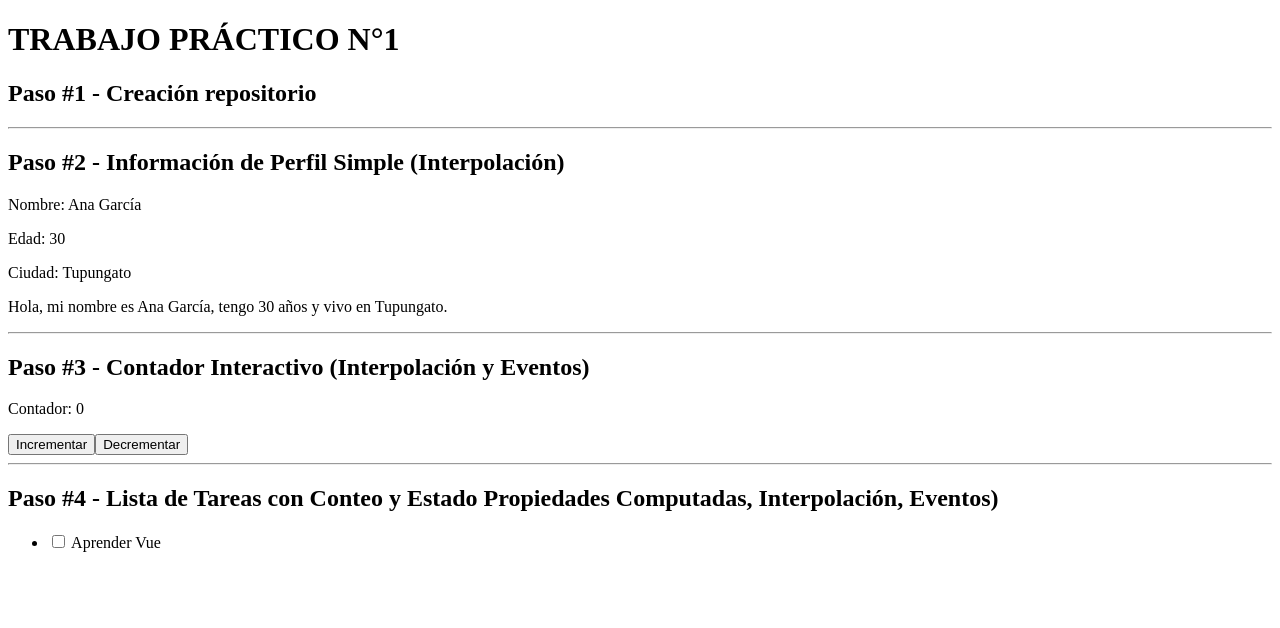
Repository: SofiaSferco/PWA
Page: practico01/index.html
The author's editor kept a copy of each file at every save. The page is drawn from the files as they stood at one save, then again after a run of saves.
The browser window is 1280 px wide. The pictures show the whole page.

Above is the page before, as saved 2025-10-02 23:14:55.
Console error (its wording comes from the project's code and is left out).

After the next 2 saves:
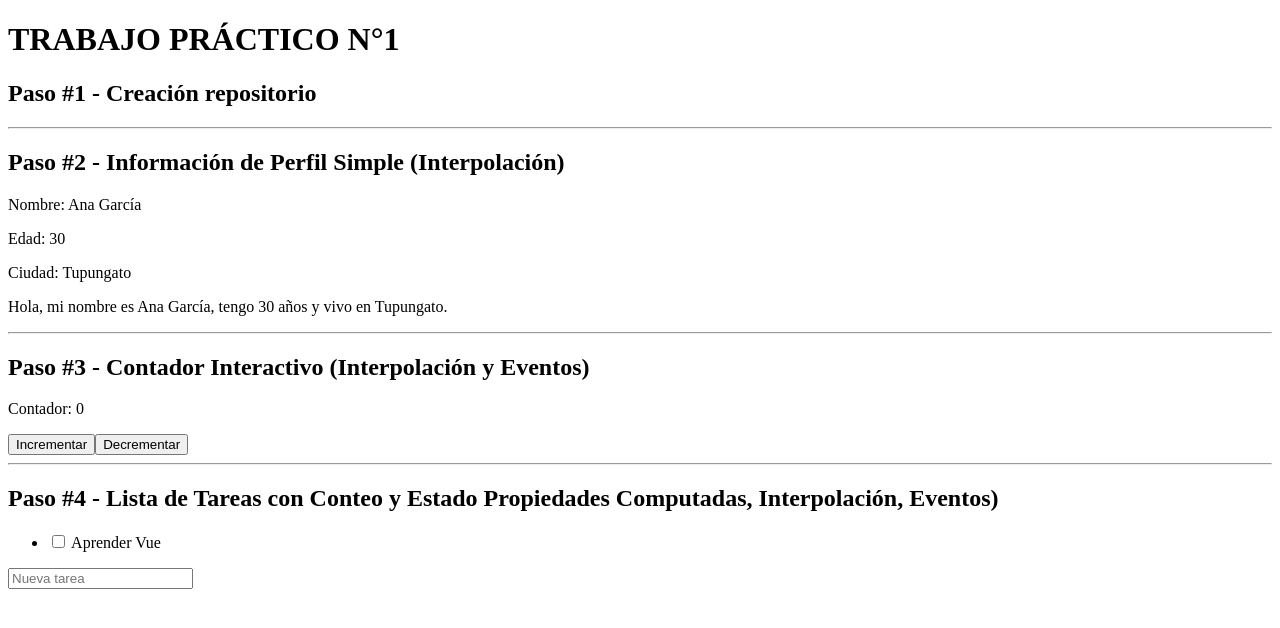
The error is gone.
The 2 saves are shown as one change because they came seconds apart.
The last was saved 11 s later.
--- a/practico01/index.html
+++ b/practico01/index.html
@@ -25,7 +25,7 @@
         <ul>
             <li v-for="tarea in tareas" :key="tarea.id"><input type="checkbox" v-model="tarea.completada"> {{tarea.texto}}</li>
         </ul>
-        <input v-model="nuevaTarea" placeholder=""
+        <input v-model="nuevaTarea" placeholder="Nueva tarea">
 
 
 
